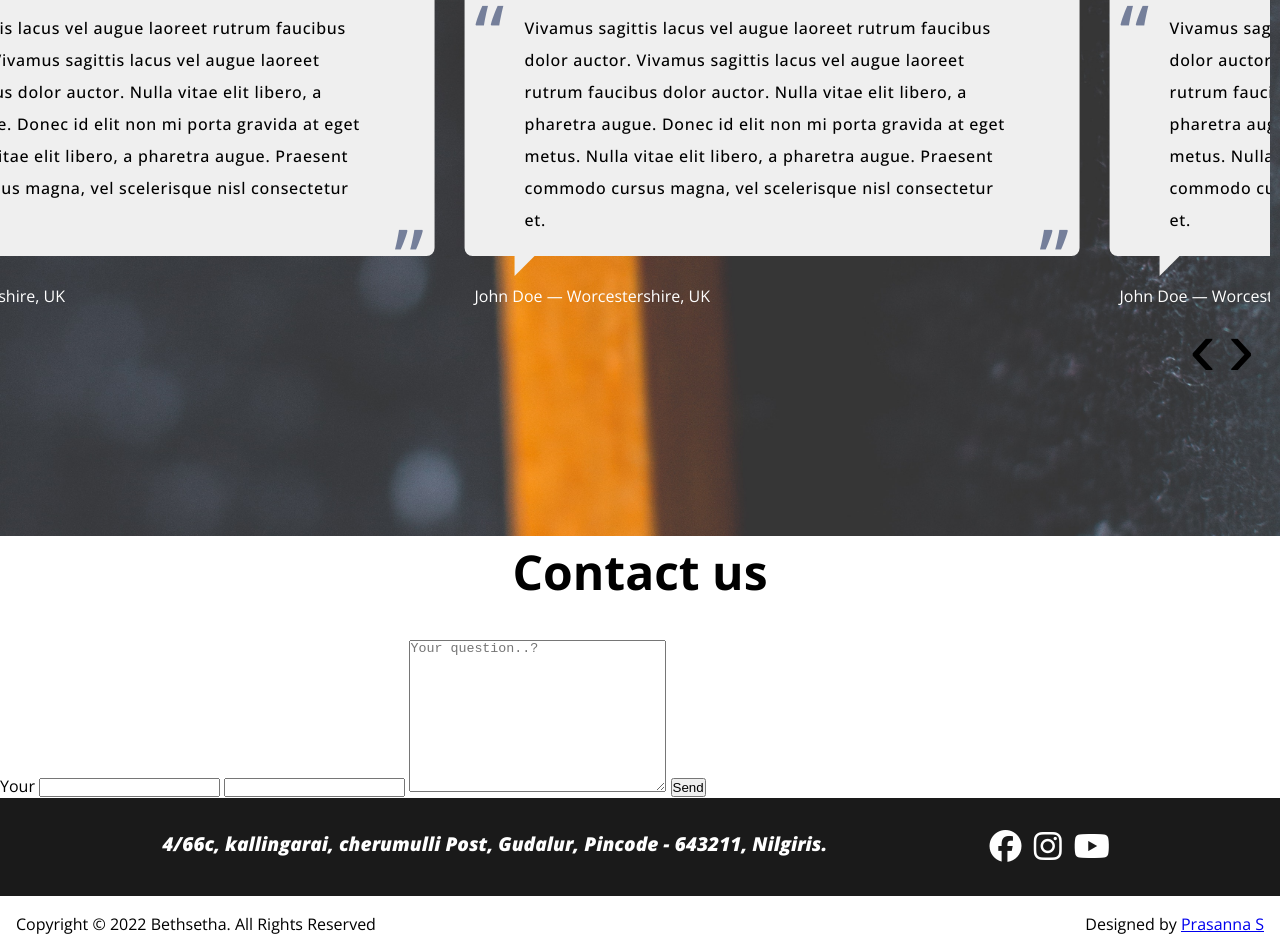
Repository: Imprasna/church
Page: index.html
These files come from the project's save history. The page is drawn as it stood at one moment and after the next save; the edit follows.
The browser window is 1280 px wide. The pictures show the part of the page from y = 3330 to 4282 px (the page is 4282 px tall).
A picture or video elsewhere on the page could not be fetched, so the positions and the page height are approximate. Some web libraries are served in a nearby version.

Above is the page before, as saved 2022-01-24 23:28:36.

After the next save:
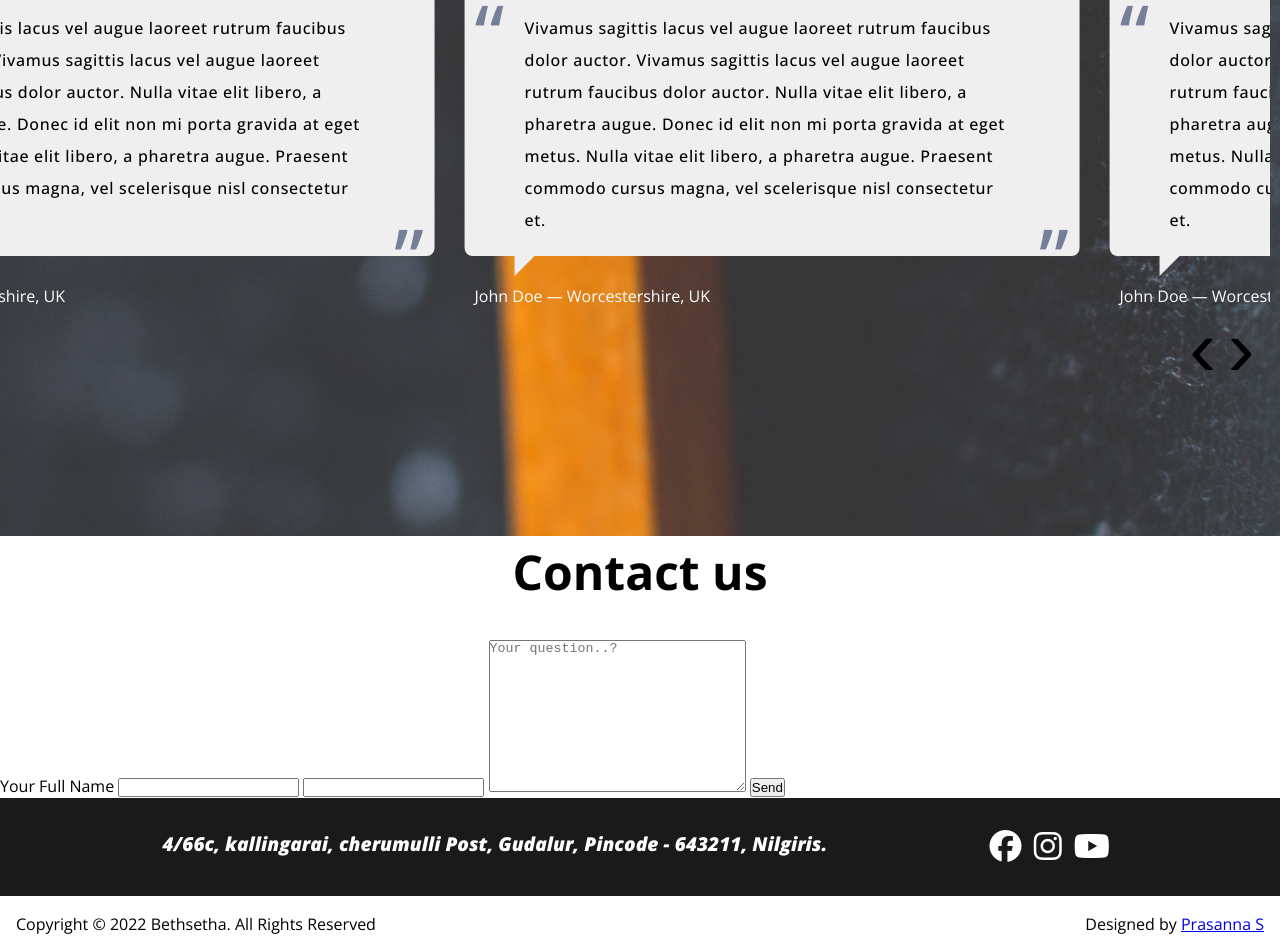
Saved 4 s later.
--- a/index.html
+++ b/index.html
@@ -508,7 +508,7 @@
 
         <div class="form">
           <form action="https://formsubmit.co/prasanna@sibbc.org" method="POST">
-            <label>Your </label>
+            <label>Your Full Name</label>
             <input type="text" name="name" required>
             <input type="email" name="email" required>
             <textarea name="message" id="" cols="30" rows="10" placeholder="Your question..?" required></textarea>
